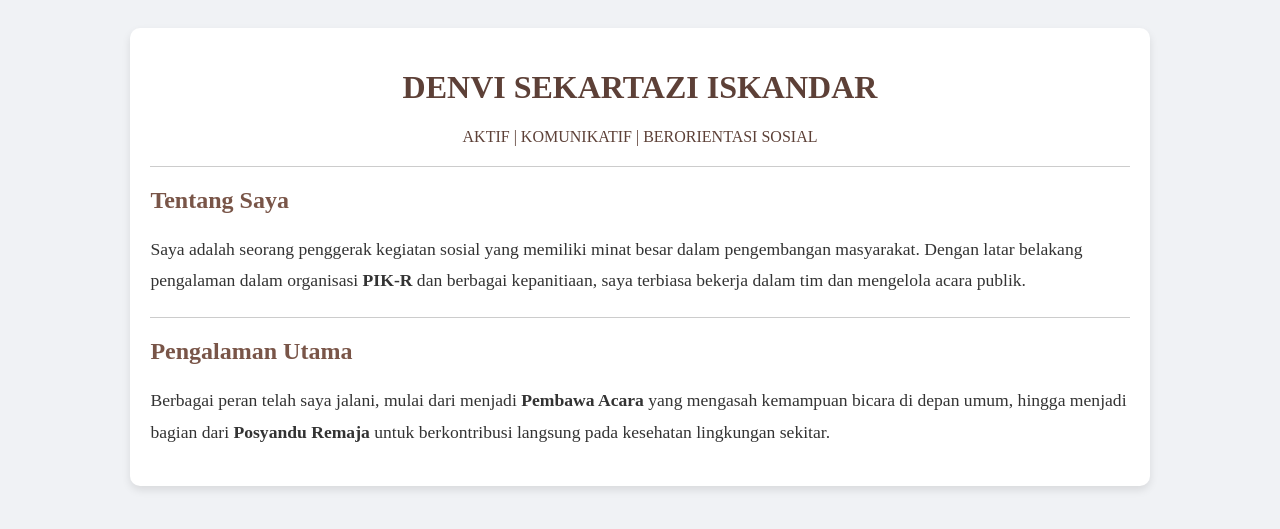
Repository: rufi1126/241552010002-Web-Application-Development
Page: p-2/latihan2.html
These files come from the project's save history. The page is drawn as it stood at one moment and after the next save; the edit follows.
The browser window is 1280 px wide. The pictures show the whole page.

Above is the page before, as saved 2026-02-27 17:33:26.

### p-2/latihan2.html
<!DOCTYPE html>
<html lang="id">
<head>
    <meta charset="UTF-8">
    <meta name="viewport" content="width=device-width, initial-scale=1.0">
    <title>Halaman Personal - Muhammad Ma'rufil Kurhi</title>
    <style>
        /* Menggunakan Class untuk styling umum */
        .container {
            width: 80%;
            margin: auto;
            background-color: #ffffff;
            padding: 20px;
            border-radius: 10px;
            box-shadow: 0px 4px 8px rgba(0,0,0,0.1);
        }

        /* Menggunakan ID untuk elemen spesifik */
        #main-header {
            text-align: center;
            color: #5d4037;
            text-transform: uppercase;
        }

        .section-title {
            color: #795548;
            margin-top: 20px;
        }

        .description {
            font-size: 1.1em;
            color: #333;
            line-height: 1.8;
        }

        hr {
            border: 0;
            height: 1px;
            background: #ccc;
            margin: 20px 0;
        }
    </style>
</head>
<body style="background-color: #f0f2f5; padding: 20px;">

    <div class="container">

        <header id="main-header">
            <h1>Denvi Sekartazi Iskandar</h1>
            <p>Aktif | Komunikatif | Berorientasi Sosial</p>
        </header>

        <hr> <div id="about-me" class="content-section">
            <h2 class="section-title">Tentang Saya</h2>
            <p class="description">
                Saya adalah seorang penggerak kegiatan sosial yang memiliki minat besar dalam pengembangan masyarakat.
                Dengan latar belakang pengalaman dalam organisasi <strong>PIK-R</strong> dan berbagai kepanitiaan,
                saya terbiasa bekerja dalam tim dan mengelola acara publik.
            </p>
        </div>

        <hr>

        <div id="experience" class="content-section">
            <h2 class="section-title">Pengalaman Utama</h2>
            <p class="description">
                Berbagai peran telah saya jalani, mulai dari menjadi <strong>Pembawa Acara</strong> yang mengasah
                kemampuan bicara di depan umum, hingga menjadi bagian dari <strong>Posyandu Remaja</strong>
                untuk berkontribusi langsung pada kesehatan lingkungan sekitar.
            </p>
        </div>

    </div>

</body>
</html>

After the next save:
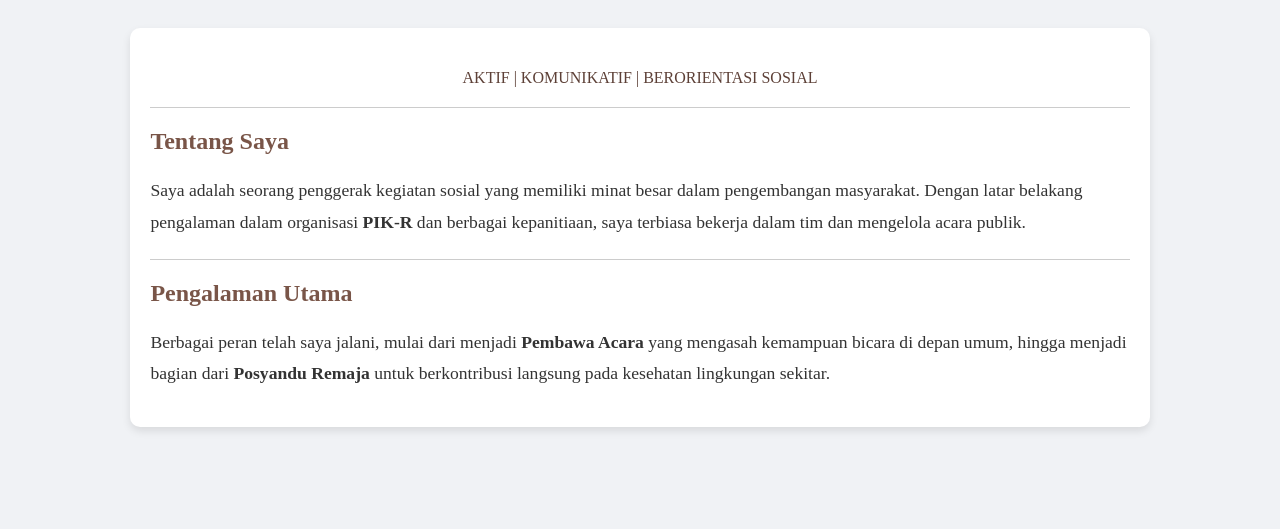
Saved 11 s later.
--- a/p-2/latihan2.html
+++ b/p-2/latihan2.html
@@ -46,7 +46,7 @@
     <div class="container">
 
         <header id="main-header">
-            <h1>Denvi Sekartazi Iskandar</h1>
+            <h1></h1>
             <p>Aktif | Komunikatif | Berorientasi Sosial</p>
         </header>
 
